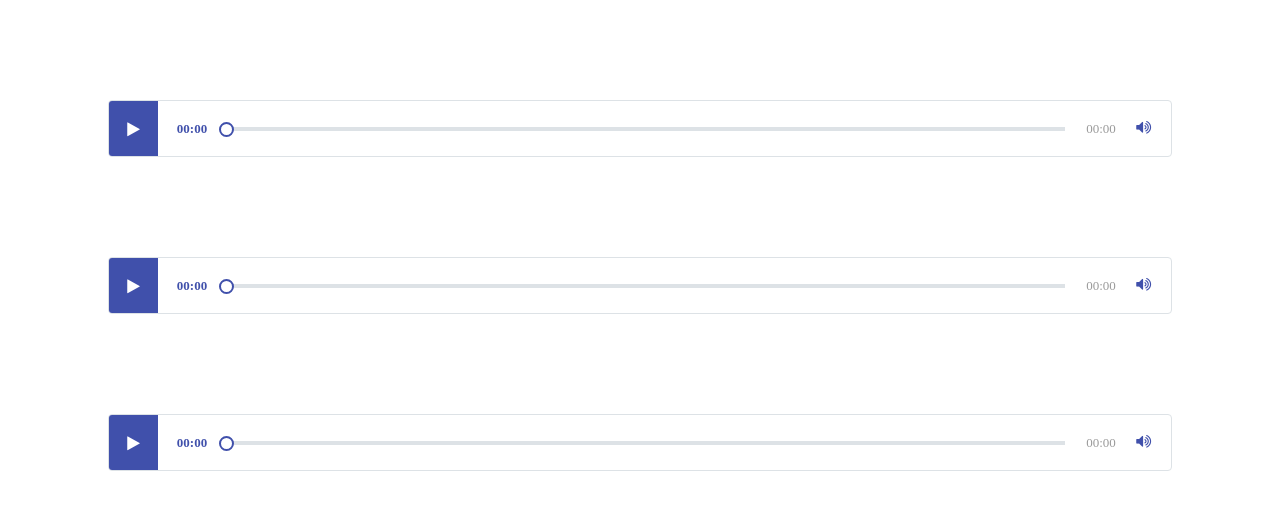
Repository: mitzbarbie/-jQuery-AudioPlayer-plugin
Page: index.html
An editor plug-in stored every save of this project. The page is shown before and after the next save, followed by the edit.
The browser window is 1280 px wide. The pictures show the whole page.

Above is the page before, as saved 2021-11-26 17:14:27.

After the next save:
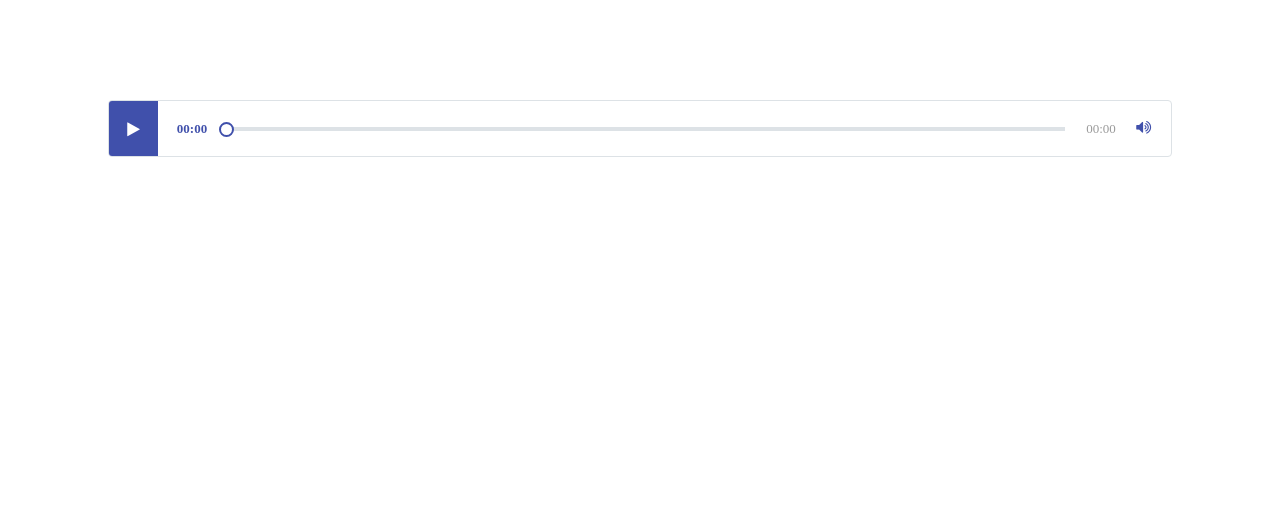
Console error: TypeError: Cannot read properties of undefined (reading '0')
Saved 8 min 20 s later.
--- a/index.html
+++ b/index.html
@@ -17,23 +17,13 @@
     ></script>
   </head>
   <body>
-    <div class="audio" style="margin: 100px"></div>
-    <div class="audio2" style="margin: 100px"></div>
-    <div class="audio3" style="margin: 100px"></div>
+    <div class="audio" data-audio="audioEx1.mp3" style="margin: 100px"></div>
+    <div class="audio" data-audio="audioEx2.mp3" style="margin: 100px"></div>
+    <div class="audio" data-audio="audioEx3.mp3" style="margin: 100px"></div>
 
     <script>
       $(document).ready(function () {
-        $(".audio").audioPlayerUtils({
-          songs: ["audioEx1.mp3"],
-        });
-
-        $(".audio2").audioPlayerUtils({
-          songs: ["audioEx2.mp3"],
-        });
-
-        $(".audio3").audioPlayerUtils({
-          songs: ["audioEx3.mp3"],
-        });
+        $(".audio").audioPlayerUtils({});
       });
     </script>
 

After the save that followed:
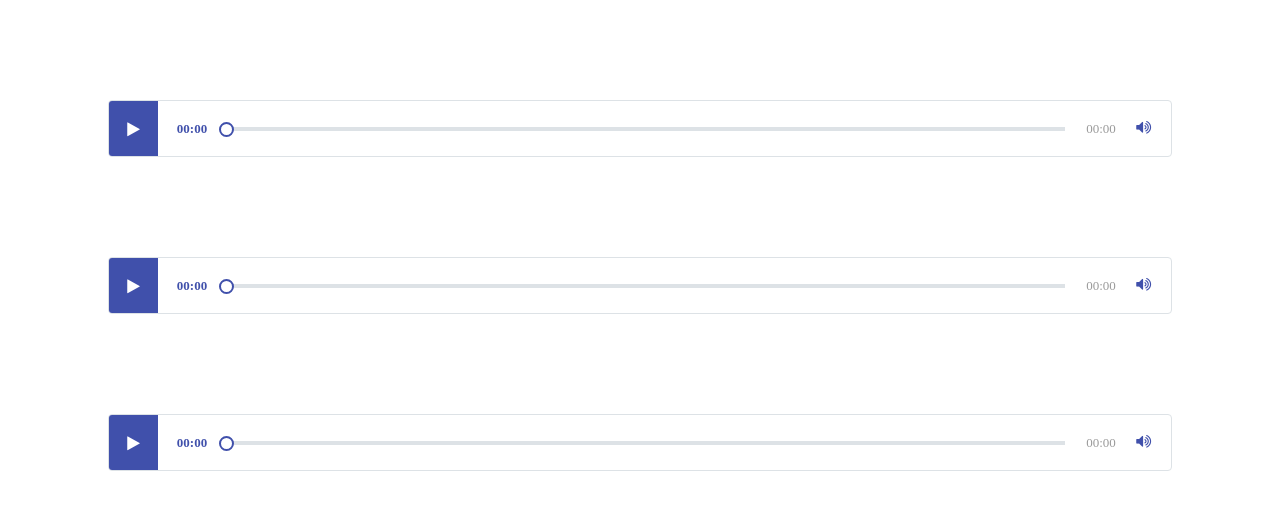
The error is gone.
Saved 2 min 44 s later.
--- a/index.html
+++ b/index.html
@@ -17,13 +17,23 @@
     ></script>
   </head>
   <body>
-    <div class="audio" data-audio="audioEx1.mp3" style="margin: 100px"></div>
-    <div class="audio" data-audio="audioEx2.mp3" style="margin: 100px"></div>
-    <div class="audio" data-audio="audioEx3.mp3" style="margin: 100px"></div>
+    <div class="audio" style="margin: 100px"></div>
+    <div class="audio2" style="margin: 100px"></div>
+    <div class="audio3" style="margin: 100px"></div>
 
     <script>
       $(document).ready(function () {
-        $(".audio").audioPlayerUtils({});
+        $(".audio").audioPlayerUtils({
+          songs: ["audioEx1.mp3"],
+        });
+
+        $(".audio2").audioPlayerUtils({
+          songs: ["audioEx2.mp3"],
+        });
+
+        $(".audio3").audioPlayerUtils({
+          songs: ["audioEx3.mp3"],
+        });
       });
     </script>
 
